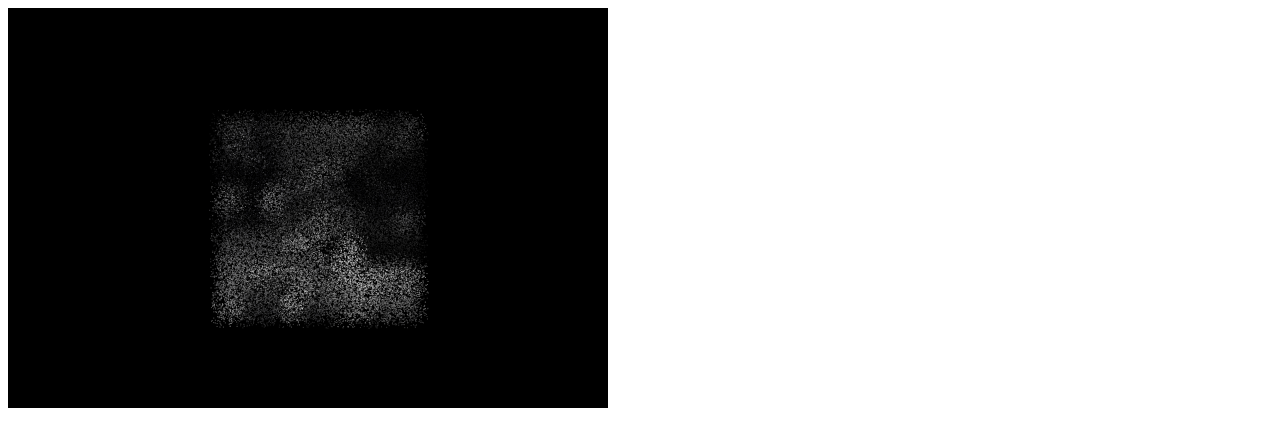
Repository: nishuiwei/nishuiwei.github.io
Page: demo_01.html
An editor plug-in stored every save of this project. The page is shown before and after a run of saves, followed by the edit.
The browser window is 1280 px wide. The pictures show the whole page.

Above is the page before, as saved 2019-12-19 15:50:07.

After the next 3 saves:
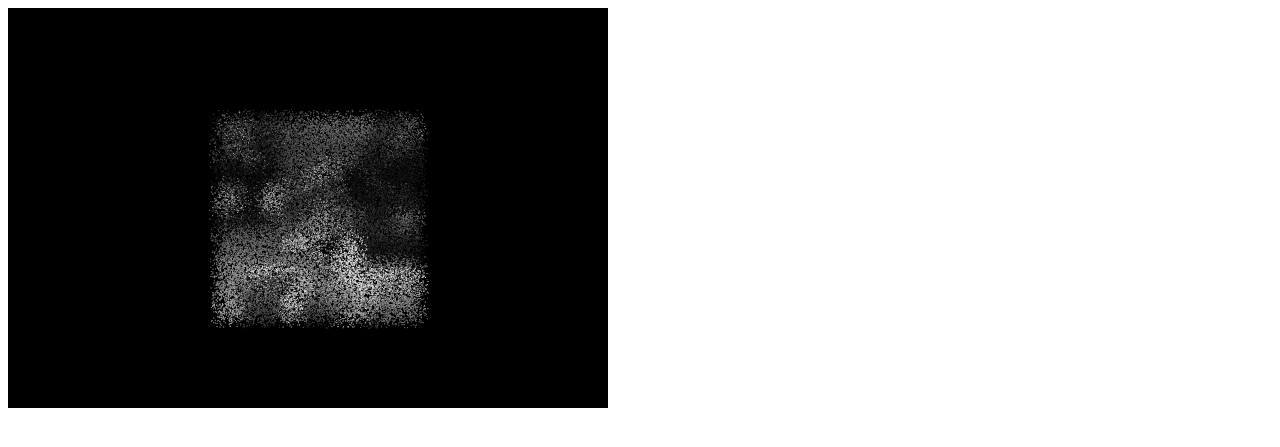
The 3 saves are shown as one change because they came seconds apart.
The last was saved 8 s later.
--- a/demo_01.html
+++ b/demo_01.html
@@ -37,7 +37,7 @@
           var pixel = {
             x: 200 + j + Math.random() * 20, //重新设置每个像素的位置信息
             y: 100 + i + Math.random() * 20, //重新设置每个像素的位置信息
-            fillStyle: 'rgb(' + data[pos] + ',' + (data[pos + 1]) + ',' + (data[pos + 2]) + ',' + (.5) +
+            fillStyle: 'rgb(' + data[pos] + ',' + (data[pos + 1]) + ',' + (data[pos + 2]) + ',' + (1) +
               ')'
           }
           pixels.push(pixel);

After the save that followed:
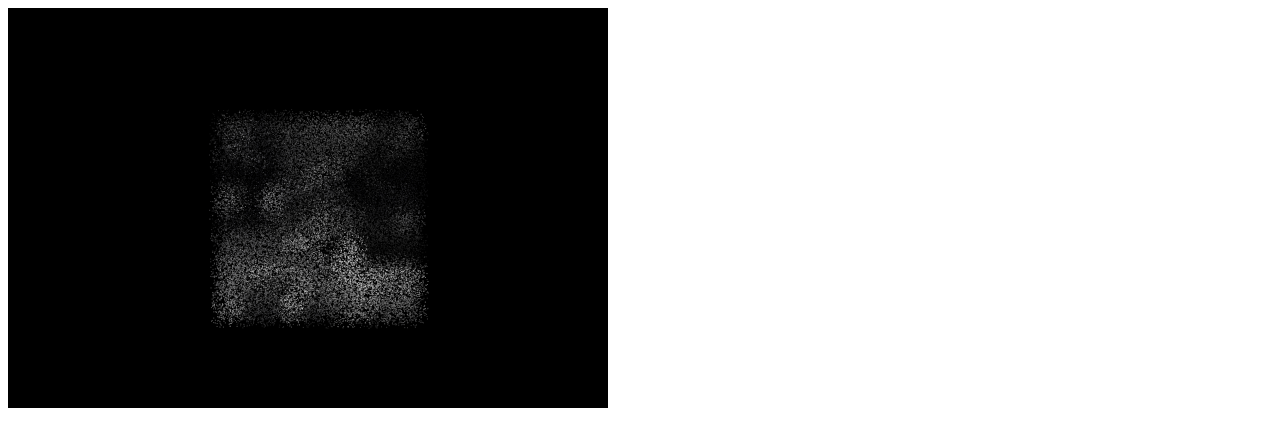
Saved 6 s later.
--- a/demo_01.html
+++ b/demo_01.html
@@ -37,7 +37,7 @@
           var pixel = {
             x: 200 + j + Math.random() * 20, //重新设置每个像素的位置信息
             y: 100 + i + Math.random() * 20, //重新设置每个像素的位置信息
-            fillStyle: 'rgb(' + data[pos] + ',' + (data[pos + 1]) + ',' + (data[pos + 2]) + ',' + (1) +
+            fillStyle: 'rgb(' + data[pos] + ',' + (data[pos + 1]) + ',' + (data[pos + 2]) + ',' + (.5) +
               ')'
           }
           pixels.push(pixel);
